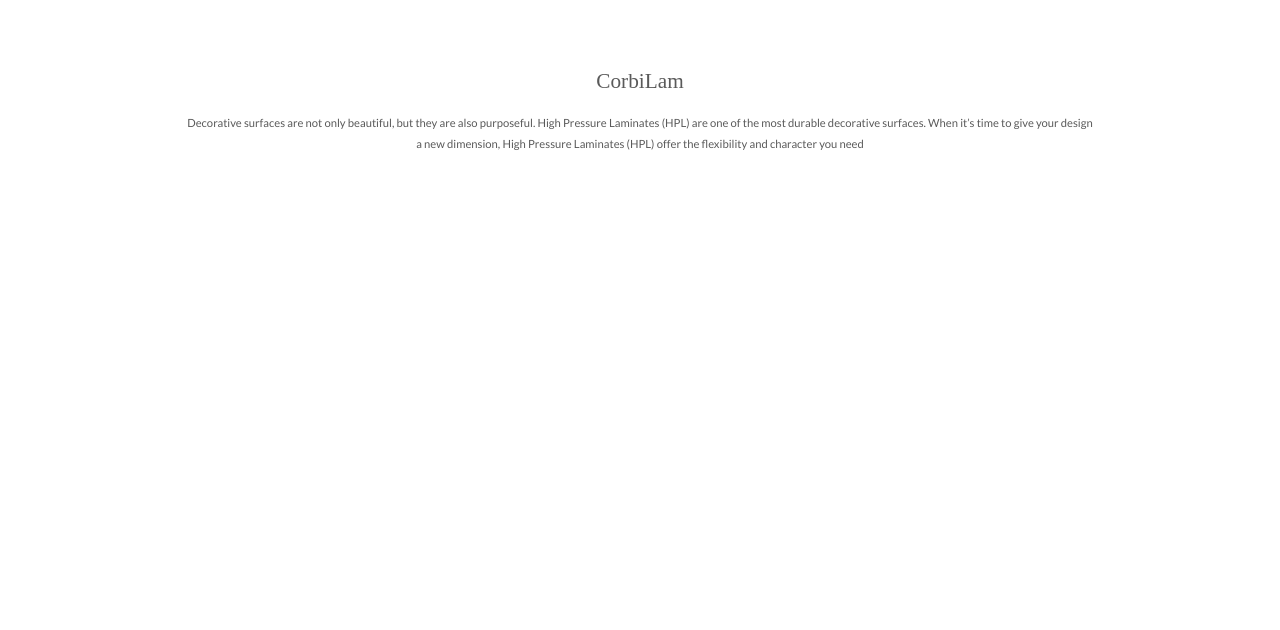
Repository: aneescode4u/testp
Page: http://localhost/HPL
The author's editor kept a record of every edit. The page is drawn from the files as they stood at one moment, then again after the next edit.
The browser window is 1280 px wide. The pictures show the part of the page from y = 815 to 1445 px (the page is 1445 px tall).
Pictures or frames that could not be fetched are drawn as grey boxes. Some web libraries are served in a nearby version. The page is served by the project's Node server (YelpCamp/v3.1/app.js).

Above is the page before.

After the next edit:
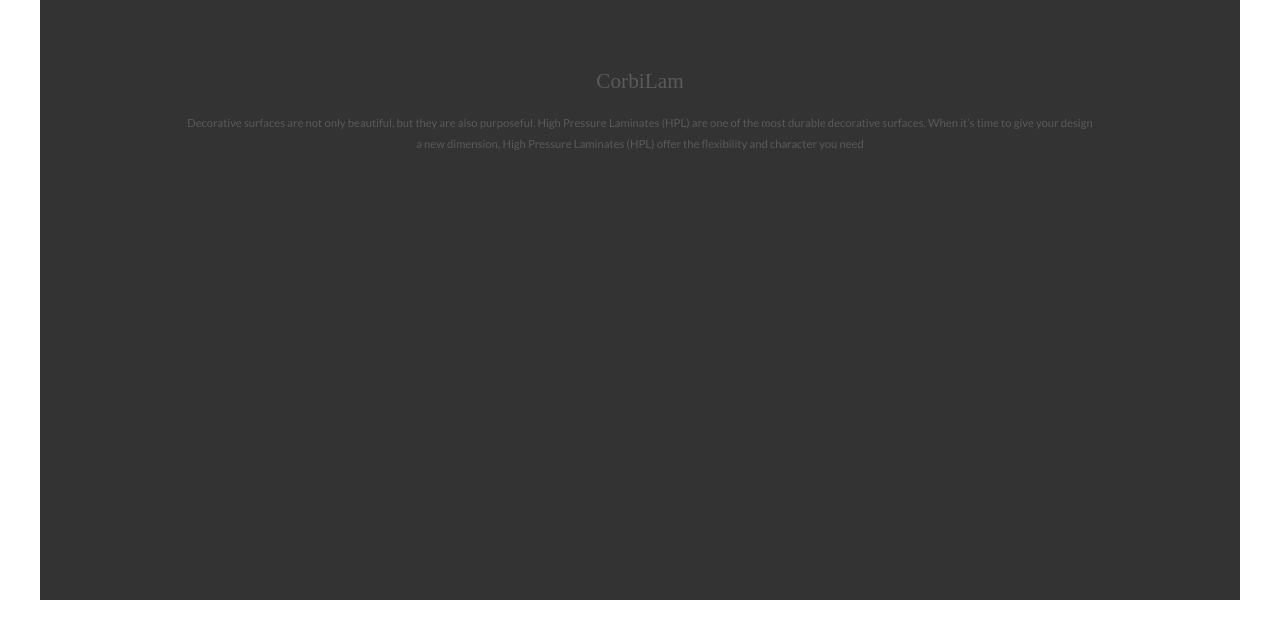
The edit:
--- a/workspace/YelpCamp/v3.1/public/stylesheets/HPL.css
+++ b/workspace/YelpCamp/v3.1/public/stylesheets/HPL.css
@@ -160,6 +160,10 @@
       font-weight: normal;
       margin: 0 0 1rem;
       color: #ffffff; }
+
+      .block{
+        background-color:#333;;
+      }
       @media screen and (min-width: 50em) {
         .block__content h1 {
           font-size: 7.5rem; } }
